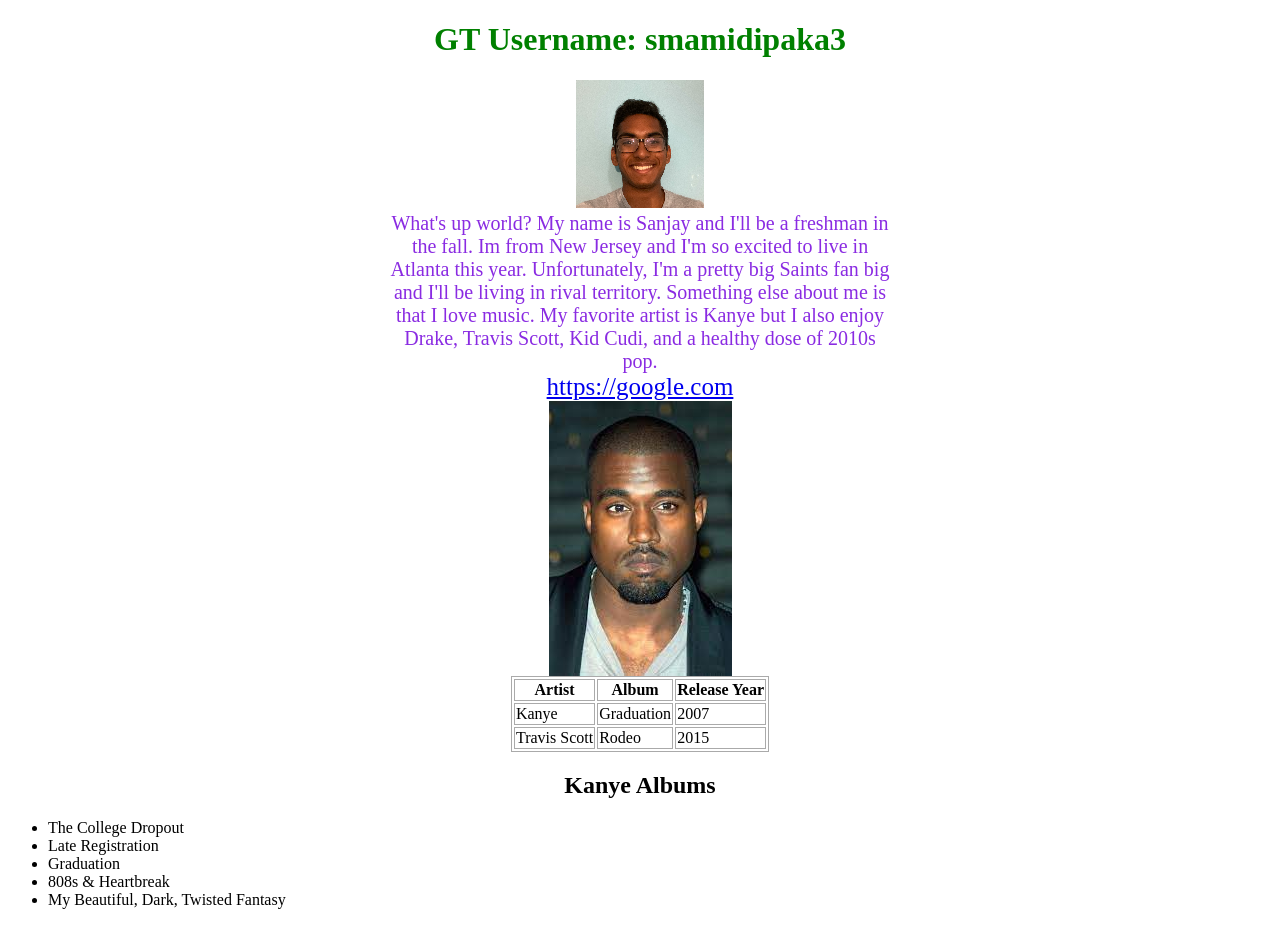
Repository: sanjayMamidipaka/cs1301
Page: lab01/index.html
These files come from the project's save history. The page is drawn as it stood at one moment and after the next save; the edit follows.
The browser window is 1280 px wide. The pictures show the whole page.

Above is the page before, as saved 2021-07-22 17:09:58.

### lab01/index.html
<!DOCTYPE html>

<head>
    <link rel="stylesheet" href="style.css">
  </head>

  <div class = "h1">
    <h1>GT Username: smamidipaka3</h1>

    <img src="image.png" alt="My Picture">
    <p class = 'description'>
        What's up world? My name is Sanjay and I'll be a freshman in the fall. Im from New Jersey and I'm so excited to live in Atlanta this year.
        Unfortunately, I'm a pretty big Saints fan big and I'll be living in rival territory. Something else about me is that I love music. My favorite artist is Kanye but
        I also enjoy Drake, Travis Scott, Kid Cudi, and a healthy dose of 2010s pop.
    </p>

    <a class='link' href="https://google.com">https://google.com</a>

  </div>

  <a href="https://www.kanyewest.com/" >
    <img class='kanye' src="kanye.jpeg" alt="The GOAT's pic">
</a>

<table class='table'>
    <tr>
        <th>Artist</th>
        <th>Album</th>
        <th>Release Year</th>
    </tr>

    <tr>
        <td>Kanye</td>
        <td>Graduation</td>
        <td>2007</td>
    </tr>

    <tr>
        <td>Travis Scott</td>
        <td>Rodeo</td>
        <td>2015</td>
    </tr>
</table>

<div class='listdiv'></div>
    <h2 class='listtitle'>Kanye Albums</h2>

    <ul class='list'>
        <li>The College Dropout</li>
        <li>Late Registration</li>
        <li>Graduation</li>
        <li>808s & Heartbreak</li>
        <li>My Beautiful, Dark, Twisted Fantasy</li>
      </ul>
</div>

### lab01/style.css
.h1 {
    text-align: center;
    color: green;
}

.description {
    width: 500px;
    text-align: center;
    margin: auto;
    color: blueviolet;
    font-size: 20px;
}

.link {
    font-size: 25px;
}

.kanye {
    display: block;
    margin-left: auto;
    margin-right: auto;
}

.table, th, td {
    border: 1px solid #aaaaaa;
    margin-left: auto;
    margin-right: auto;
}

.listtitle {
    text-align: center;
}

.listdiv {
    text-align: center;
    list-style: inside;
}

After the next save:
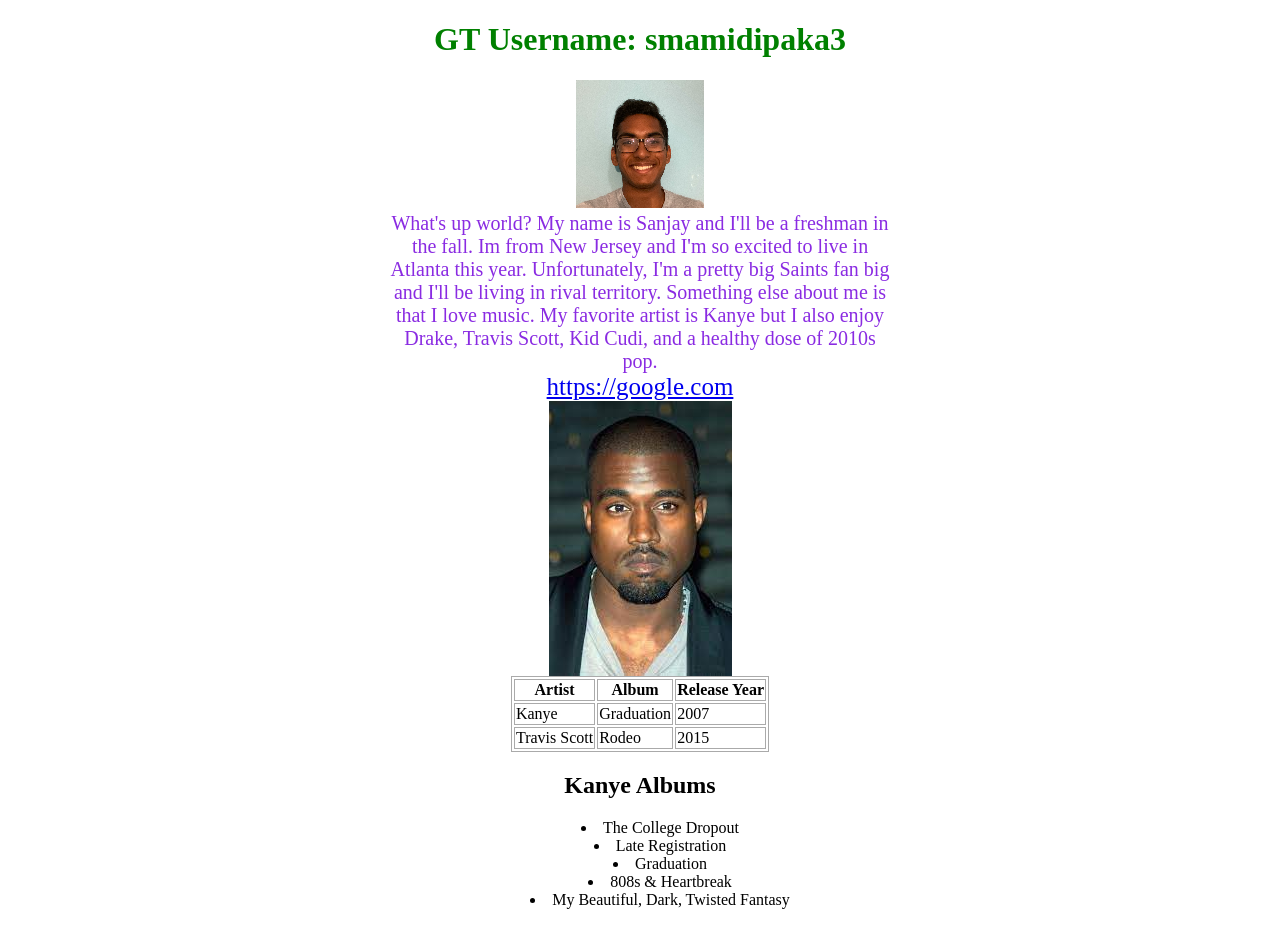
Saved 4 s later.
--- a/lab01/style.css
+++ b/lab01/style.css
@@ -31,7 +31,7 @@
     text-align: center;
 }
 
-.listdiv {
+.list {
     text-align: center;
     list-style: inside;
 }
